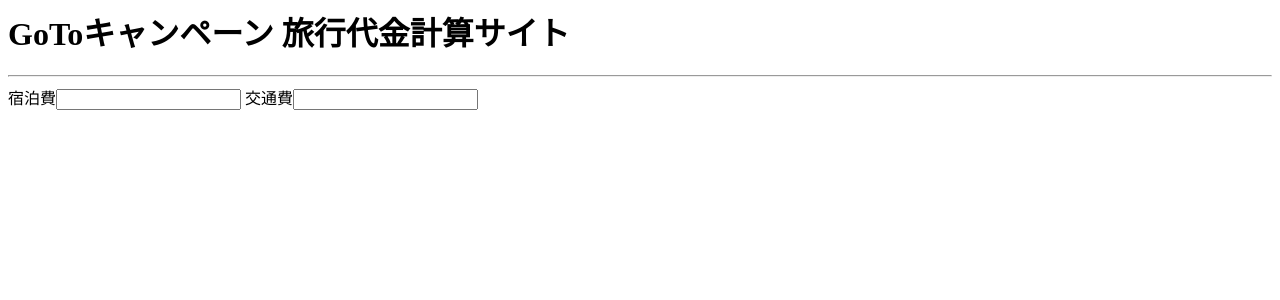
Repository: Ischca/ischca.github.io
Page: src/my-app.html
These files come from the project's save history. The page is drawn as it stood at one moment and after the next save; the edit follows.
The browser window is 1280 px wide. The pictures show the whole page.

Above is the page before, as saved 2020-10-02 14:35:51.

After the next save:
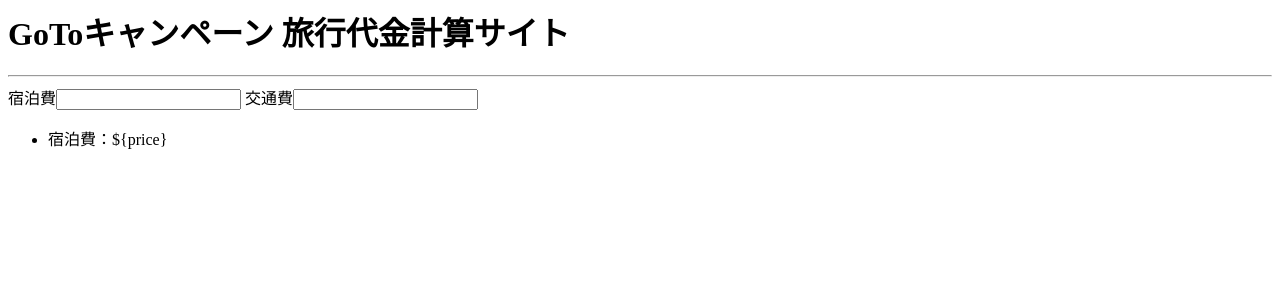
Saved 102 s later.
--- a/src/my-app.html
+++ b/src/my-app.html
@@ -10,7 +10,15 @@
 
     <nights class="row justify-content-center" view-model.ref="nights"></nights>
 
-    宿泊費<input type="number" />
+    宿泊費<input type="number" value.bind="price"/>
 
     交通費<input type="number" />
+
+    <div id="result">
+        <ul>
+            <li>
+                宿泊費：${price}
+            </li>
+        </ul>
+    </div>
 </div>
